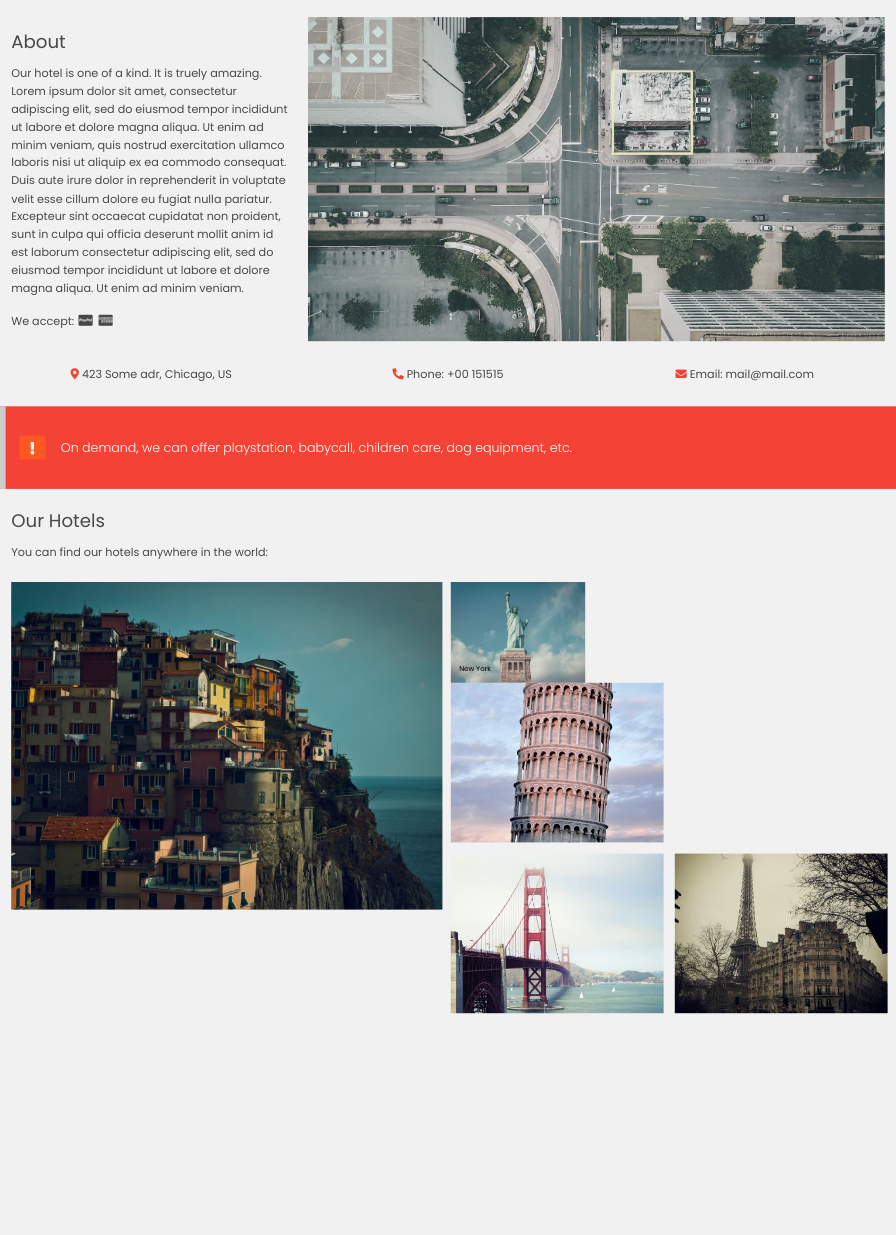
Repository: phamhuuloc/Travel_Template
Page: index.html
The author's editor kept a copy of each file at every save. The page is drawn from the files as they stood at one save, then again after the next save.
The browser window is 1280 px wide. The pictures show the part of the page from y = 1528 to 3448 px (the page is 3292 px tall before and 3448 px after), at 70% of full size.
The style sheet was rebuilt from its Sass, Less or Tailwind sources for each picture, by a compiler version that may differ from the author's.

Above is the page before, as saved 2021-09-18 15:35:01.

After the next save:
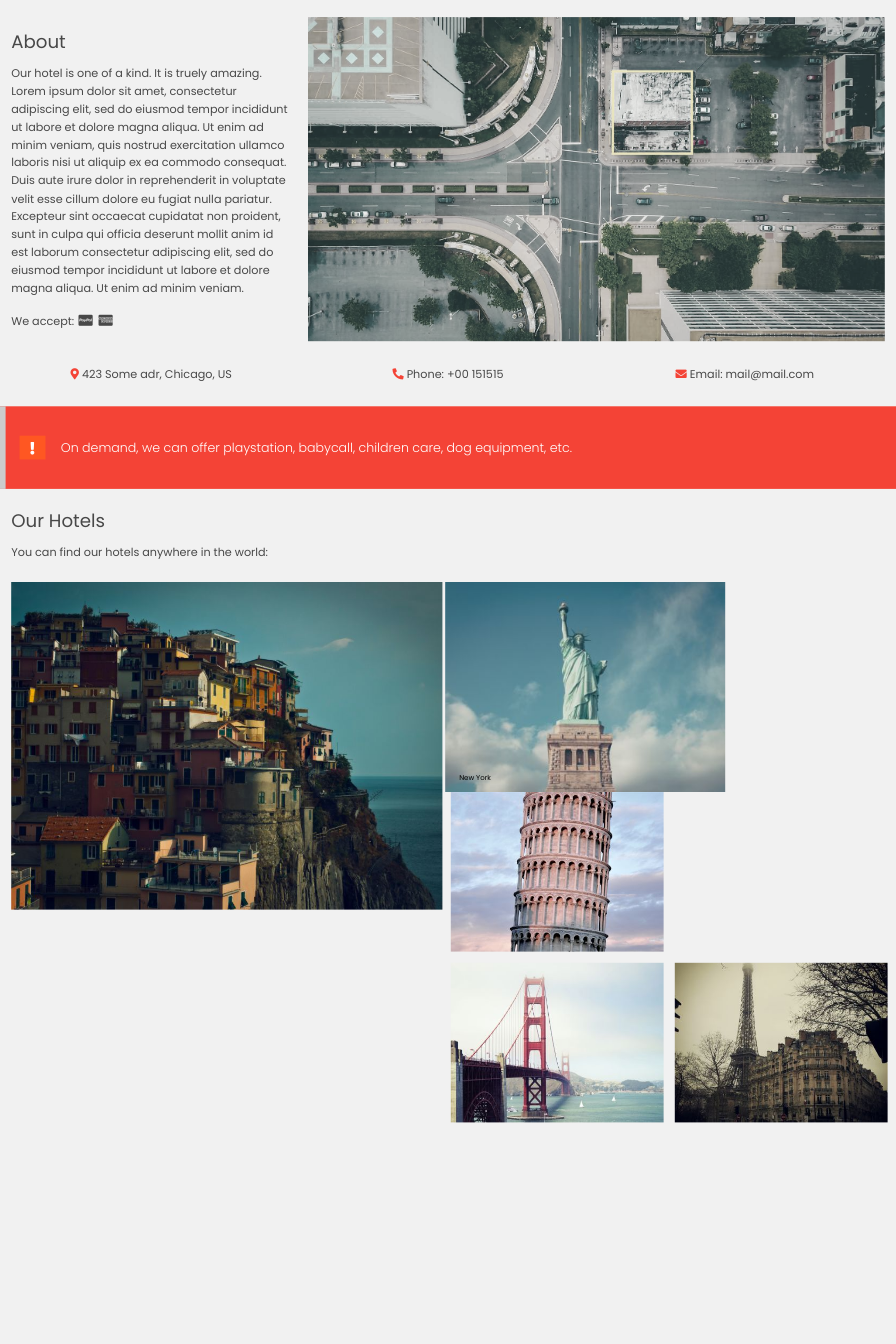
Saved 15 s later.
--- a/index.html
+++ b/index.html
@@ -302,7 +302,7 @@
             <div class="our-hotel__extend">
               <div class="row our-hotels__extend-item">
                 <div class="our-hotels__container">
-                  <img src="./assets/img/newyork2.jpg" alt="" class="col l-6" />
+                  <img src="./assets/img/newyork2.jpg" alt="" class="" />
                   <span class="our-hotels__container-name">New York</span>
                 </div>
                 <img src="./assets/img/pisa.jpg" alt="" class="col l-6" />
